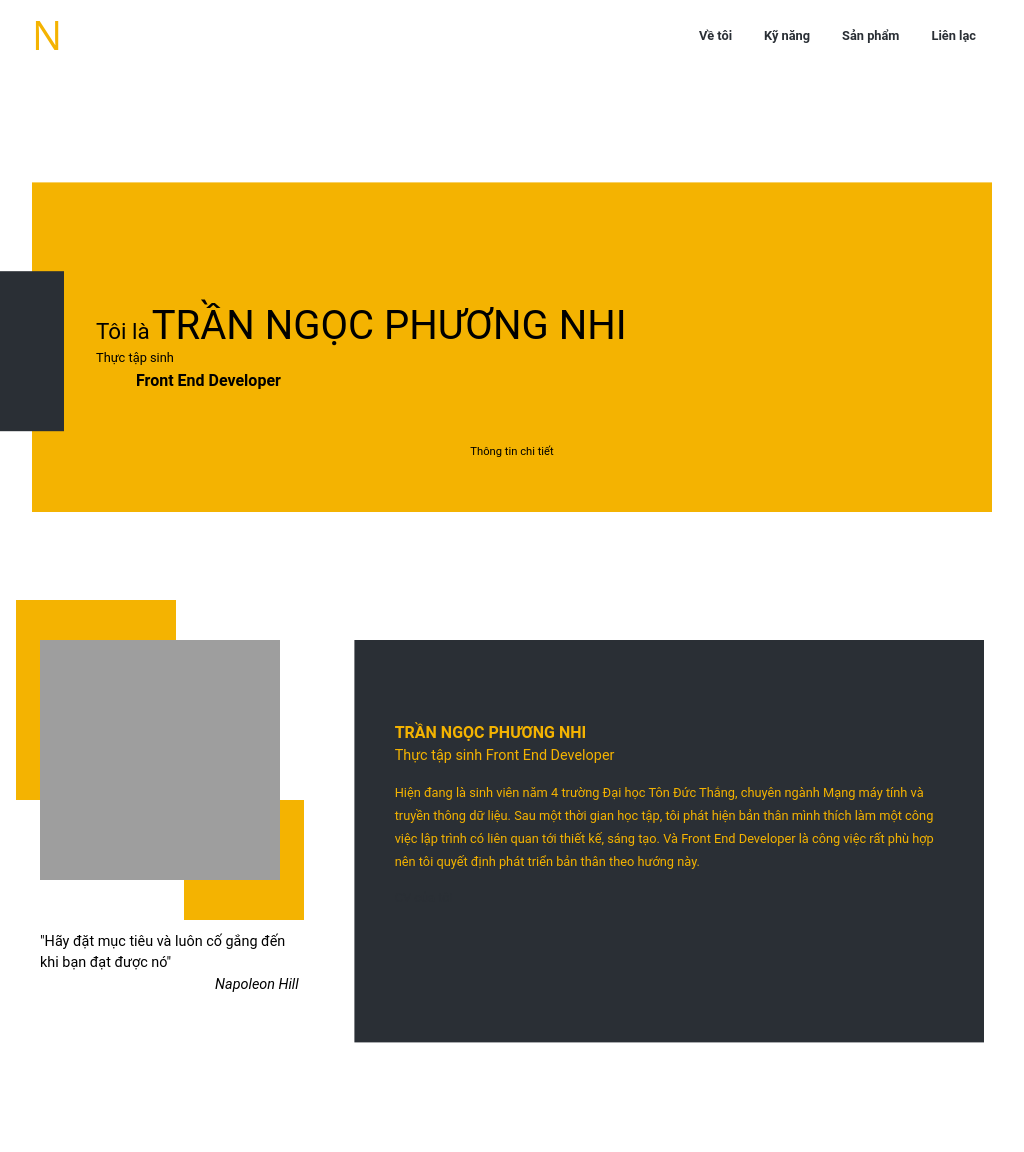
Repository: TranNgocPhuongNhi/my-portfolio
Page: index.html
These files come from the project's save history. The page is drawn as it stood at one moment and after the next save; the edit follows.
The browser window is 1280 px wide. The pictures show the whole page, at 80% of full size.
Pictures or frames that could not be fetched are drawn as grey boxes. Some icons come from a web library that is not loaded, so they are not drawn. Some web libraries are served in a nearby version.

Above is the page before, as saved 2021-07-04 16:30:07.

After the next save:
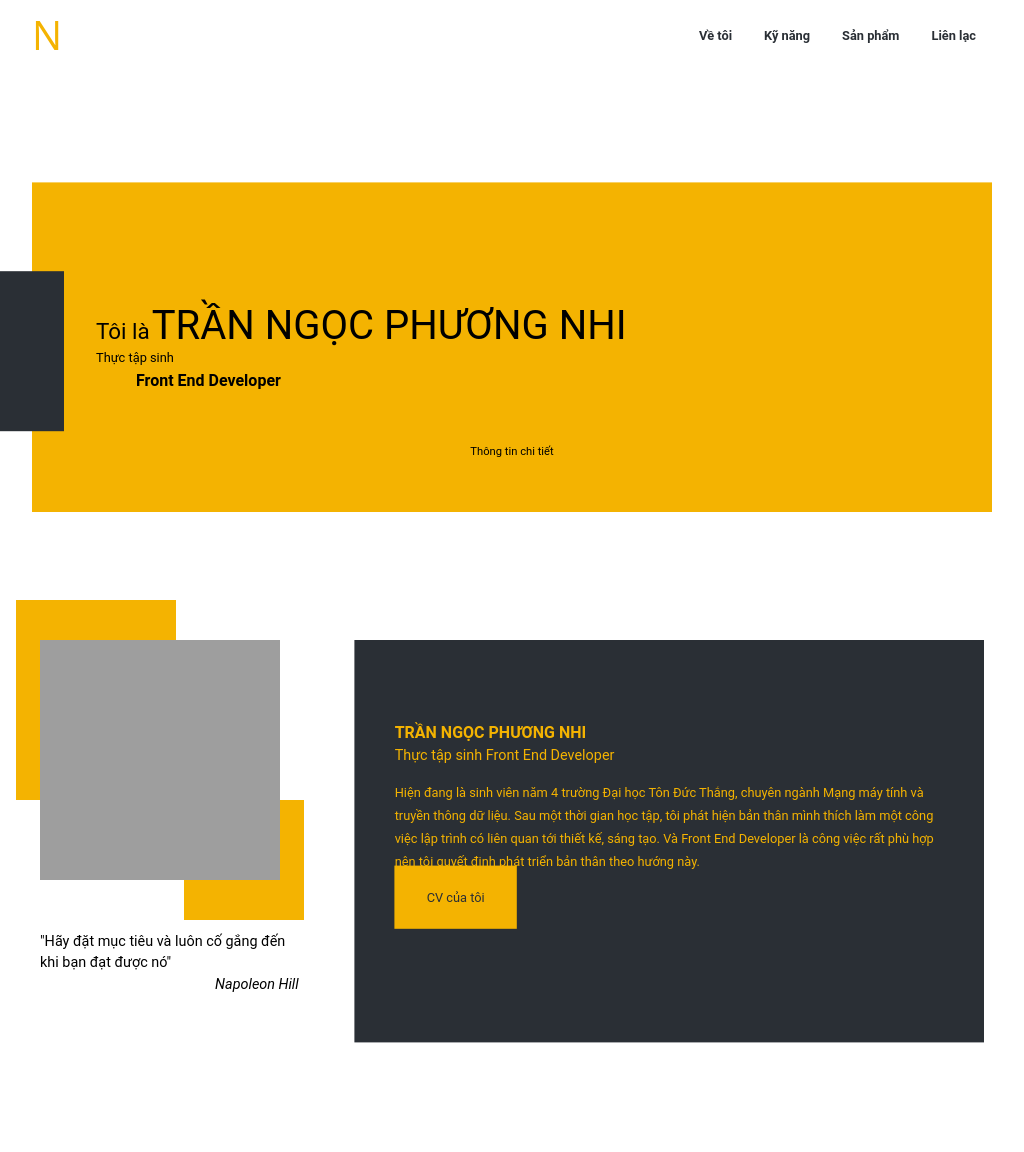
Saved 7 s later.
--- a/resources/css/main.css
+++ b/resources/css/main.css
@@ -236,7 +236,7 @@ a {
 .about__CV {
     color: var(--primary2);
     font-size: 1.6rem;
-    background-color: var(--primary1)
+    background-color: var(--primary1);
     padding: 3rem 4rem;
 }
 
